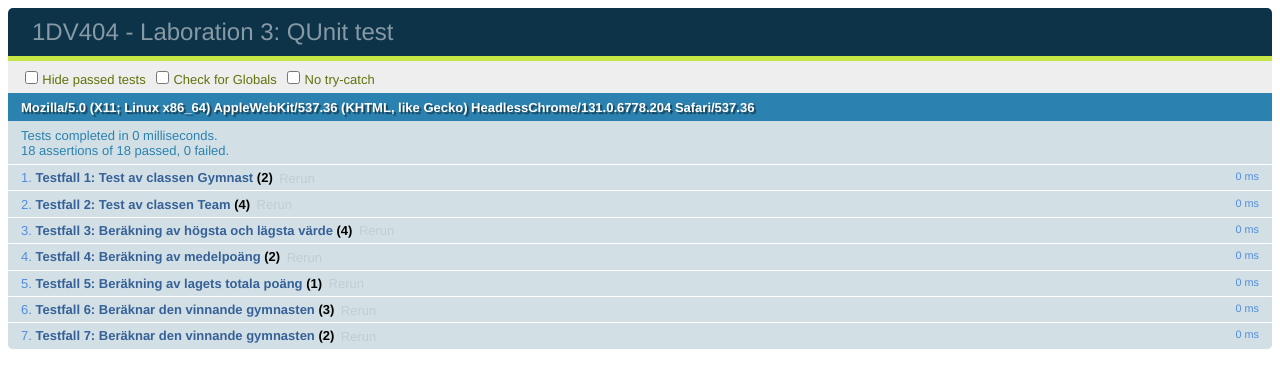
Repository: Holmewi/1dv404-jh222qr-laborationer
Page: Lab 3/test.html
The author's editor kept a record of every edit. The page is drawn from the files as they stood at one moment, then again after the next edit.
The browser window is 1280 px wide. The pictures show the whole page.

Above is the page before.

After the next edit:
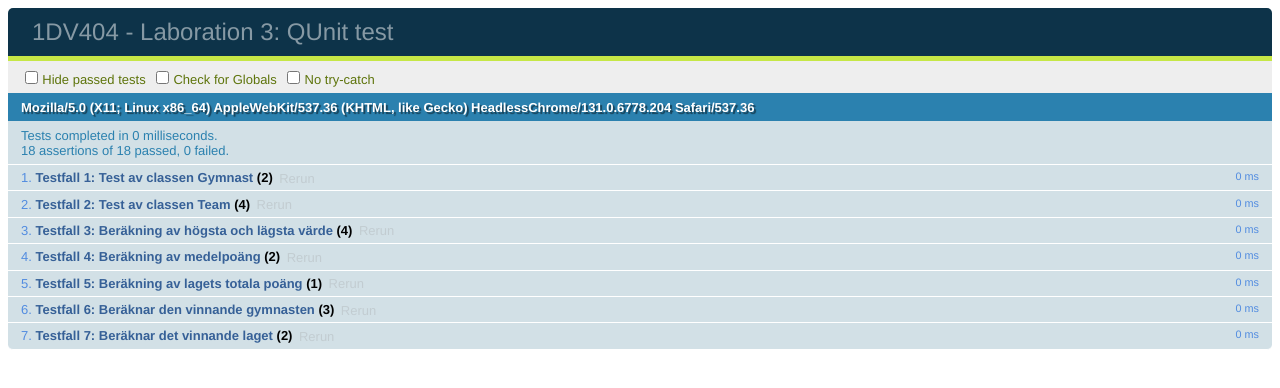
The edit:
--- a/Lab 3/test/tests.js
+++ b/Lab 3/test/tests.js
@@ -82,7 +82,7 @@
     assert.equal(CalcTeamPnt(gymnasts1).bronze, "Thomas Björk comes third with 7 points", CalcTeamPnt(gymnasts1).bronze);
 });
 
-QUnit.test( "Testfall 7: Beräknar den vinnande gymnasten", function(assert) {
+QUnit.test( "Testfall 7: Beräknar det vinnande laget", function(assert) {
     var gymnasts1 = [
 		{name: "Erik Svensson", id : 226, point: 8},
 		{name: "Sara Larsson", id : 188, point: 9},
